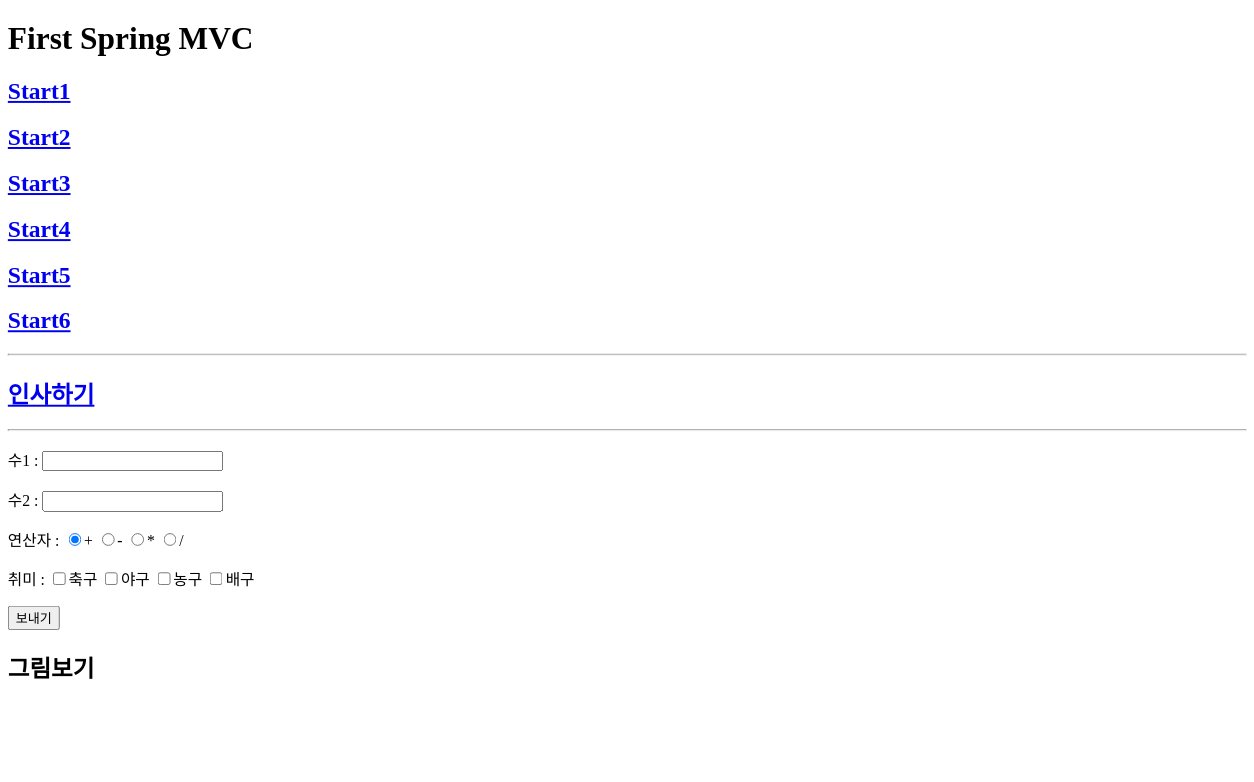
Repository: Developer120000/spring_mvc_study
Page: http://localhost/spring_mvc02/
These files come from the project's save history. The page is drawn as it stood at one moment and after the next save; the edit follows.
The browser window is 1280 px wide. The pictures show the whole page, at 98% of full size.
The page is served by Tomcat 9. Other server files are loaded and not shown.

Above is the page before, as saved 2024-03-20 00:41:12.

### spring_mvc02/src/main/webapp/WEB-INF/views/index.jsp
<%@ page language="java" contentType="text/html; charset=UTF-8"
    pageEncoding="UTF-8"%>
<!DOCTYPE html>
<html>
<head>
<meta charset="UTF-8">
<title>Insert title here</title>
</head>
<body>
	<h1>First Spring MVC</h1>
	<!-- 확장자가 .do 이름 이므로 web.xml 에서 지정한 servlet-context.xml (DispatcherServlet) 으로 간다 -->
	<h2><a href="start1.do">Start1</a></h2>
	<h2><a href="start2.do">Start2</a></h2>
	<h2><a href="start3.do">Start3</a></h2>
	<h2><a href="start4.do">Start4</a></h2>
	<h2><a href="start5.do">Start5</a></h2>
	<h2><a href="start6.do">Start6</a></h2>
	<hr>

	<h2><a href="hello.do">인사하기</a></h2>
	<hr>
	<form action="calc.do" method="post">
		<p>수1 : <input type="number" size="15" name="s1" required></p>
		<p>수2 : <input type="number" size="15" name="s2" required></p>
		<p>연산자 :
			<input type="radio" name="op" value="+" checked>+
			<input type="radio" name="op" value="-">-
			<input type="radio" name="op" value="*">*
			<input type="radio" name="op" value="/">/
		</p>
		<p>취미 :
			<input type="checkbox" name="hobby" value="축구">축구
			<input type="checkbox" name="hobby" value="야구">야구
			<input type="checkbox" name="hobby" value="농구">농구
			<input type="checkbox" name="hobby" value="배구">배구
		</p>
		<input type="hidden" name="cPage" value="2">
		<input type="submit" value="보내기">
	</form>
	<h2>그림보기</h2>
	<img src="" style="width: 100px;"><br>
	<img src="" style="width: 100px;"><br>
	<img src="" style="width: 100px;"><br>
	<img src="" style="width: 100px;"><br>

</body>
</html>

After the next save:
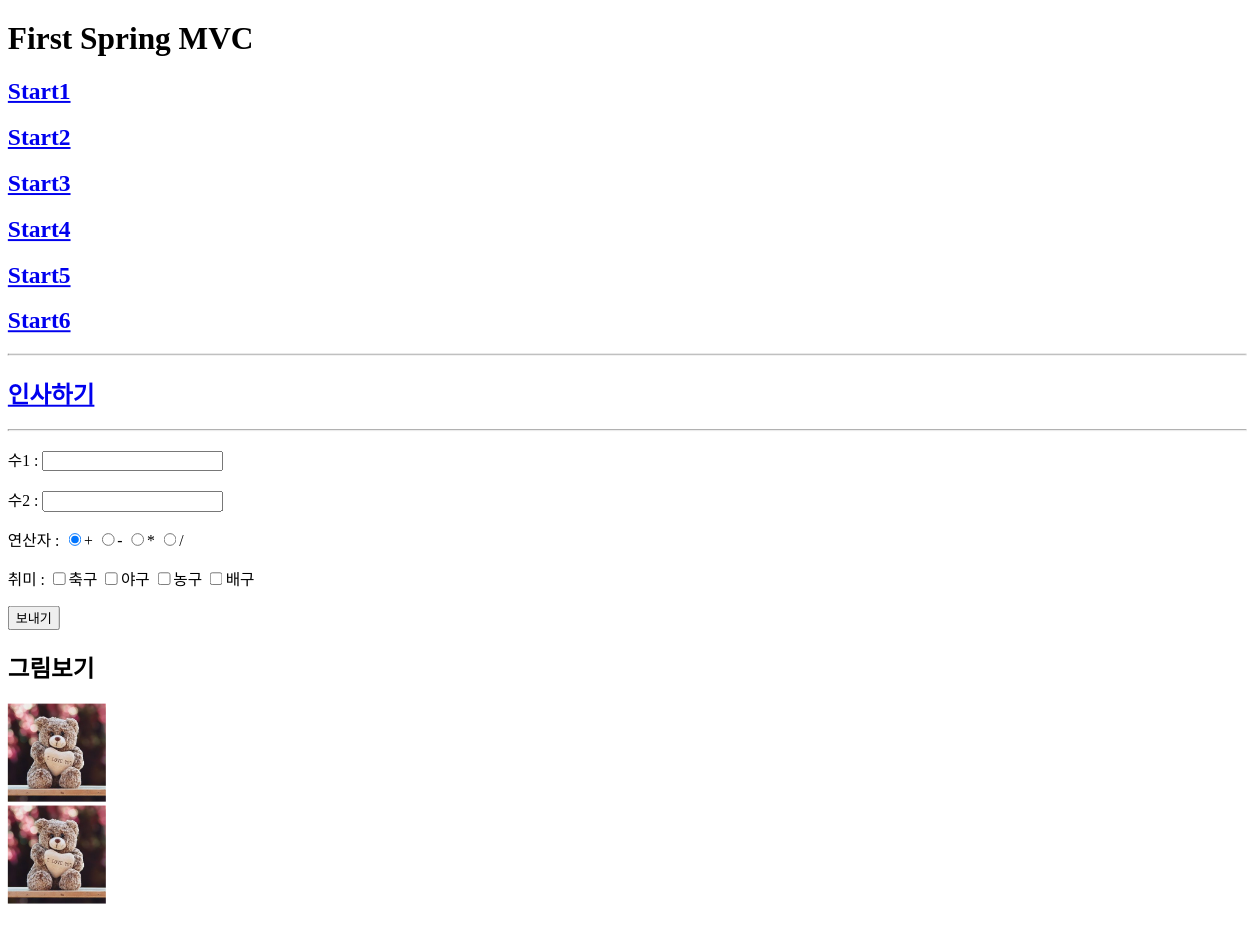
Saved 5 min 2 s later.
--- a/spring_mvc02/src/main/webapp/WEB-INF/views/index.jsp
+++ b/spring_mvc02/src/main/webapp/WEB-INF/views/index.jsp
@@ -38,8 +38,8 @@
 		<input type="submit" value="보내기">
 	</form>
 	<h2>그림보기</h2>
-	<img src="" style="width: 100px;"><br>
-	<img src="" style="width: 100px;"><br>
+	<img src="/resources/images/bear.jpg" style="width: 100px;"><br>
+	<img src="/resources/images/bear.jpg" style="width: 100px;"><br>
 	<img src="" style="width: 100px;"><br>
 	<img src="" style="width: 100px;"><br>
 
